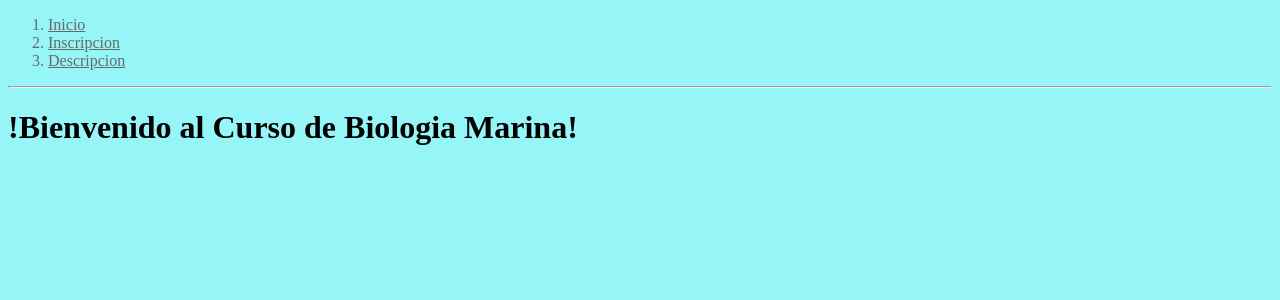
Repository: Arito05/Mi-primer-Repositorio
Page: nuevo/inicio.html
The author's editor kept a copy of each file at every save. The page is drawn from the files as they stood at one save, then again after a run of saves.
The browser window is 1280 px wide. The pictures show the whole page.

Above is the page before, as saved 2024-07-20 11:24:48.

### nuevo/inicio.html
<!DOCTYPE html>
<html lang="en">
  <head>
    <meta charset="UTF-8" />
    <meta name="viewport" content="width=device-width, initial-scale=1.0" />
    <title>Arianna</title>
    <style>
      body {
        background-color: rgb(150, 245, 247);
      }
    </style>
  </head>
  <body>
    <ol style="color: dimgrey">
      <li><a href="inicio.html" style="color: dimgrey">Inicio</a></li>
      <li><a href="inscripcion.html" style="color: dimgrey">Inscripcion</a></li>
      <li>
        <a href="zdescripcion.html" style="color: dimgrey">Descripcion</a>
      </li>
    </ol>
    <hr style="color: white" />

    <h1>!Bienvenido al Curso de Biologia Marina!</h1>
  </body>
</html>

After the next 5 saves:
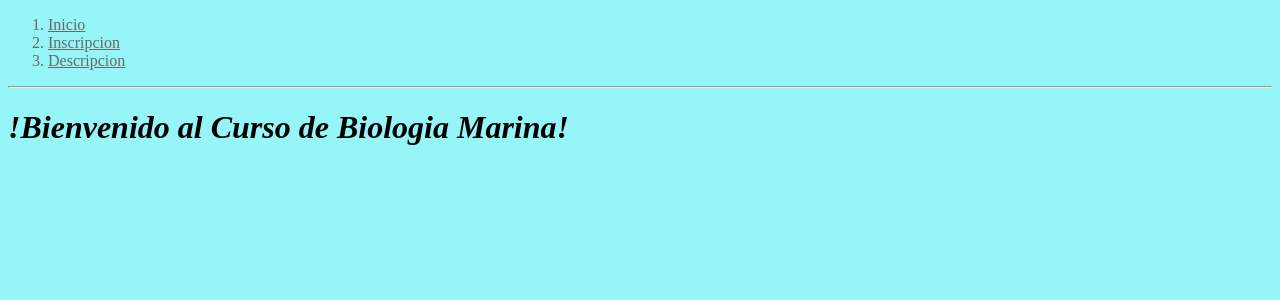
The 5 saves are shown as one change because they came seconds apart.
The last was saved 20 s later.
--- a/nuevo/inicio.html
+++ b/nuevo/inicio.html
@@ -20,6 +20,6 @@
     </ol>
     <hr style="color: white" />
 
-    <h1>!Bienvenido al Curso de Biologia Marina!</h1>
+    <h1><i>!Bienvenido al Curso de Biologia Marina!</i></h1>
   </body>
 </html>
